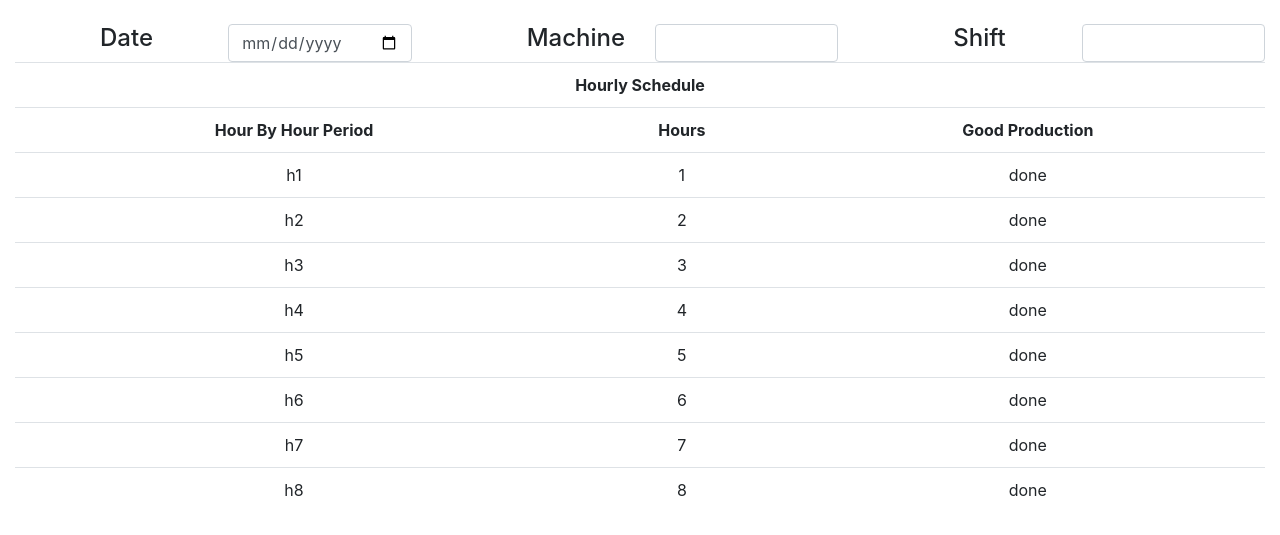
Repository: hisamit97/TVS-Locas
Page: index.html
These files come from the project's save history. The page is drawn as it stood at one moment and after the next save; the edit follows.
The browser window is 1280 px wide. The pictures show the whole page.

Above is the page before, as saved 2020-11-30 18:39:13.

### index.html
<html>

<head>
    <title>TVS LoCas</title>
    <link rel="stylesheet" href="https://cdn.jsdelivr.net/npm/bootstrap@4.5.3/dist/css/bootstrap.min.css" integrity="sha384-TX8t27EcRE3e/ihU7zmQxVncDAy5uIKz4rEkgIXeMed4M0jlfIDPvg6uqKI2xXr2" crossorigin="anonymous">

<!-- jQuery and JS bundle w/ Popper.js -->
<script src="https://code.jquery.com/jquery-3.5.1.slim.min.js" integrity="sha384-DfXdz2htPH0lsSSs5nCTpuj/zy4C+OGpamoFVy38MVBnE+IbbVYUew+OrCXaRkfj" crossorigin="anonymous"></script>
<script src="https://cdn.jsdelivr.net/npm/bootstrap@4.5.3/dist/js/bootstrap.bundle.min.js" integrity="sha384-ho+j7jyWK8fNQe+A12Hb8AhRq26LrZ/JpcUGGOn+Y7RsweNrtN/tE3MoK7ZeZDyx" crossorigin="anonymous"></script>
</head>
<body>
    <div class="container-fluid">
        <div class="row">
            <div class="col-md-4"></div>
            <div class="col-md-4"></div>
            <div class="col-md-4"></div>
        </div>
        <br>
        <div class="row" >
            <div class="col-md-4">
                <div class="row">
                    <div class="col-md-6" style="padding-left: 100px;"><h4>Date</h4></div>
                    <div class="col-md-6"><input type="date" class="form-control mr-3"></div>
                </div>
            </div>
            <div class="col-md-4">
                <div class="row">
                    <div class="col-md-6" style="padding-left: 100px;"><h4>Machine</h4></div>
                    <div class="col-md-6"><input type="text" class="form-control"></div>
                </div>
            </div>
            <div class="col-md-4">
                <div class="row">
                    <div class="col-md-6" style="padding-left: 100px;"><h4>Shift</h4></div>
                    <div class="col-md-6"><input type="text" class="form-control"></div>
                </div>
            </div>
        </div>
        <div class="row">
            <div class="col-md-12">
                <table class="table">
                   <tr style="text-align: center;">
                       <th colspan="3">Hourly Schedule</th>
                   </tr>
                   <tr style="text-align: center;">
                       <th>Hour By Hour Period</th>
                       <th>Hours</th>
                       <th>Good Production</th>
                    </tr>
                    <tr style="text-align: center;">
                        <td>h1</td>
                        <td>1</td>
                        <td>done</td>
                    </tr>
                    <tr style="text-align: center;">
                        <td>h2</td>
                        <td>2</td>
                        <td>done</td>
                    </tr>
                    <tr style="text-align: center;">
                        <td>h3</td>
                        <td>3</td>
                        <td>done</td>
                    </tr>
                    <tr style="text-align: center;">
                        <td>h4</td>
                        <td>4</td>
                        <td>done</td>
                    </tr>
                    <tr style="text-align: center;">
                        <td>h5</td>
                        <td>5</td>
                        <td>done</td>
                    </tr>
                    <tr style="text-align: center;">
                        <td>h6</td>
                        <td>6</td>
                        <td>done</td>
                    </tr>
                    <tr style="text-align: center;">
                        <td>h7</td>
                        <td>7</td>
                        <td>done</td>
                    </tr>
                    <tr style="text-align: center;">
                        <td>h8</td>
                        <td>8</td>
                        <td>done</td>
                    </tr>
                </table>
            </div>
        </div>
    </div>
</body>
</html>

After the next save:
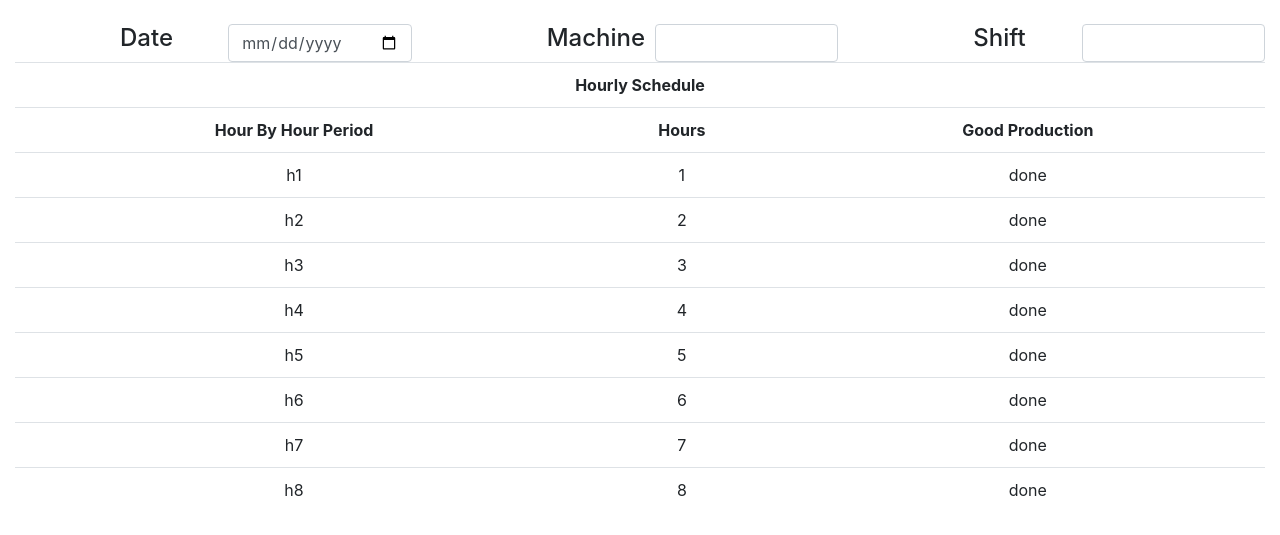
Saved 25 s later.
--- a/index.html
+++ b/index.html
@@ -19,19 +19,19 @@
         <div class="row" >
             <div class="col-md-4">
                 <div class="row">
-                    <div class="col-md-6" style="padding-left: 100px;"><h4>Date</h4></div>
+                    <div class="col-md-6" style="padding-left: 120px;"><h4>Date</h4></div>
                     <div class="col-md-6"><input type="date" class="form-control mr-3"></div>
                 </div>
             </div>
             <div class="col-md-4">
                 <div class="row">
-                    <div class="col-md-6" style="padding-left: 100px;"><h4>Machine</h4></div>
+                    <div class="col-md-6" style="padding-left: 120px;"><h4>Machine</h4></div>
                     <div class="col-md-6"><input type="text" class="form-control"></div>
                 </div>
             </div>
             <div class="col-md-4">
                 <div class="row">
-                    <div class="col-md-6" style="padding-left: 100px;"><h4>Shift</h4></div>
+                    <div class="col-md-6" style="padding-left: 120px;"><h4>Shift</h4></div>
                     <div class="col-md-6"><input type="text" class="form-control"></div>
                 </div>
             </div>
